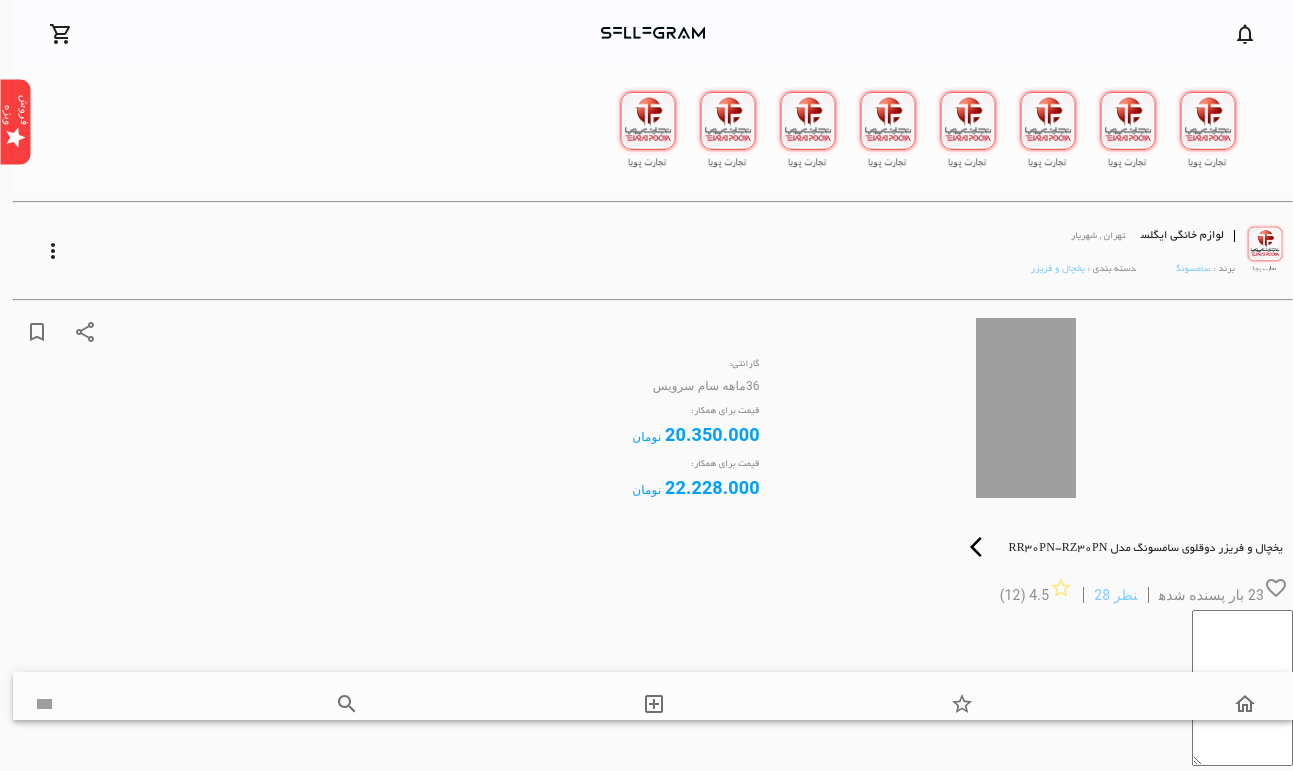
Repository: sadegh1379/selegram
Page: /login-4
The author's editor kept a copy of each file at every save. The page is drawn from the files as they stood at one save, then again after a run of saves.
The browser window is 1280 px wide. The page is 1293 px wide, so the pictures cover 1293 px, including what lies to the right of the window. The pictures show the whole page.
Pictures or frames that could not be fetched are drawn as grey boxes. The project was rebuilt for these pictures with package versions that can differ from the ones it lists, and the page was loaded fresh each time. Also part of the build but not shown: src/components/login/Login.js, src/components/login/LoginOne.js, src/components/login/LoginThree.js.

Above is the page before, as saved 2020-09-09 14:18:52.

After the next 2 saves:
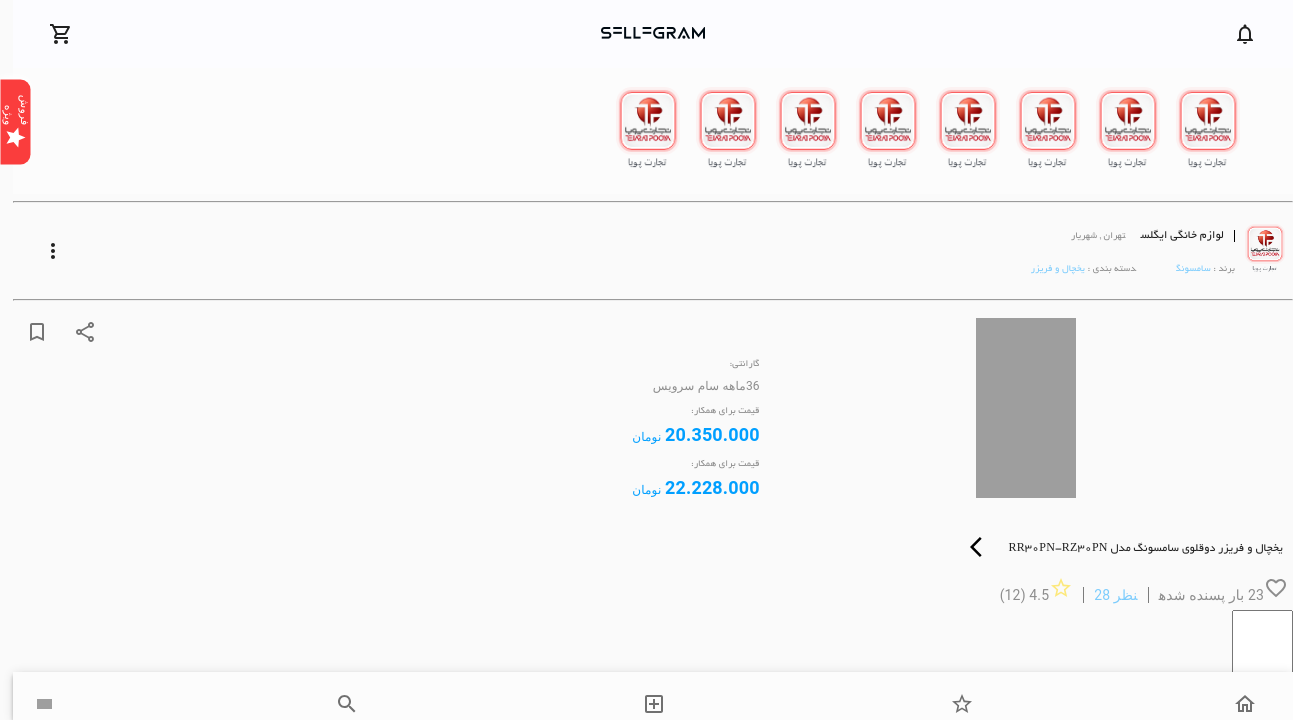
The 2 saves are shown as one change because they came seconds apart.
The last was saved 19 s later.
--- a/src/components/body/LoginFour.js
+++ b/src/components/body/LoginFour.js
@@ -134,7 +134,7 @@
             {/* Opinion */}
             <Grid>
             <form  autoComplete="off">
-                <textarea name="sdaw" id="" cols="10" rows="10"></textarea>
+                <textarea name="sdaw" id="" cols="5" rows="5"></textarea>
 
             </form>
             </Grid>
